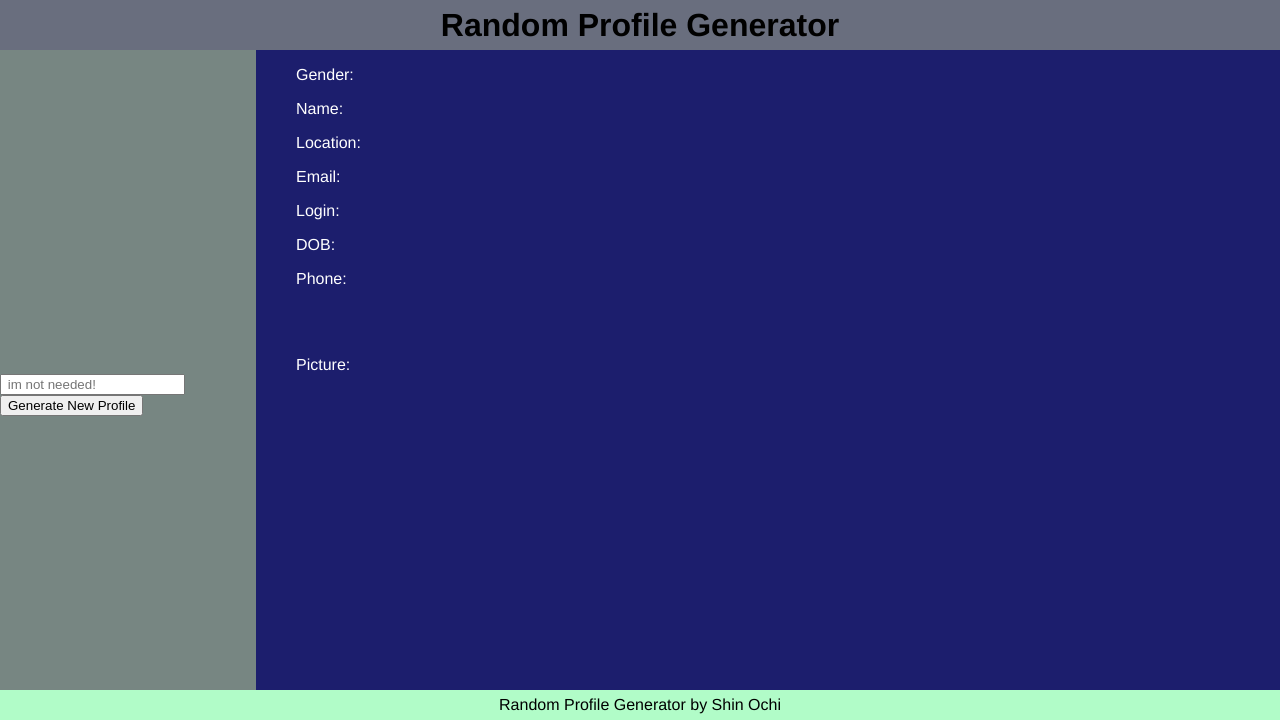
Repository: swaroopu-kr/Web-Application
Page: index.html
An editor plug-in stored every save of this project. The page is shown before and after the next save, followed by the edit.
The browser window is 1280 px wide. The pictures show the whole page.
The page's requests for data from a server got no answer.

Above is the page before, as saved 2021-10-30 12:46:25.

After the next save:
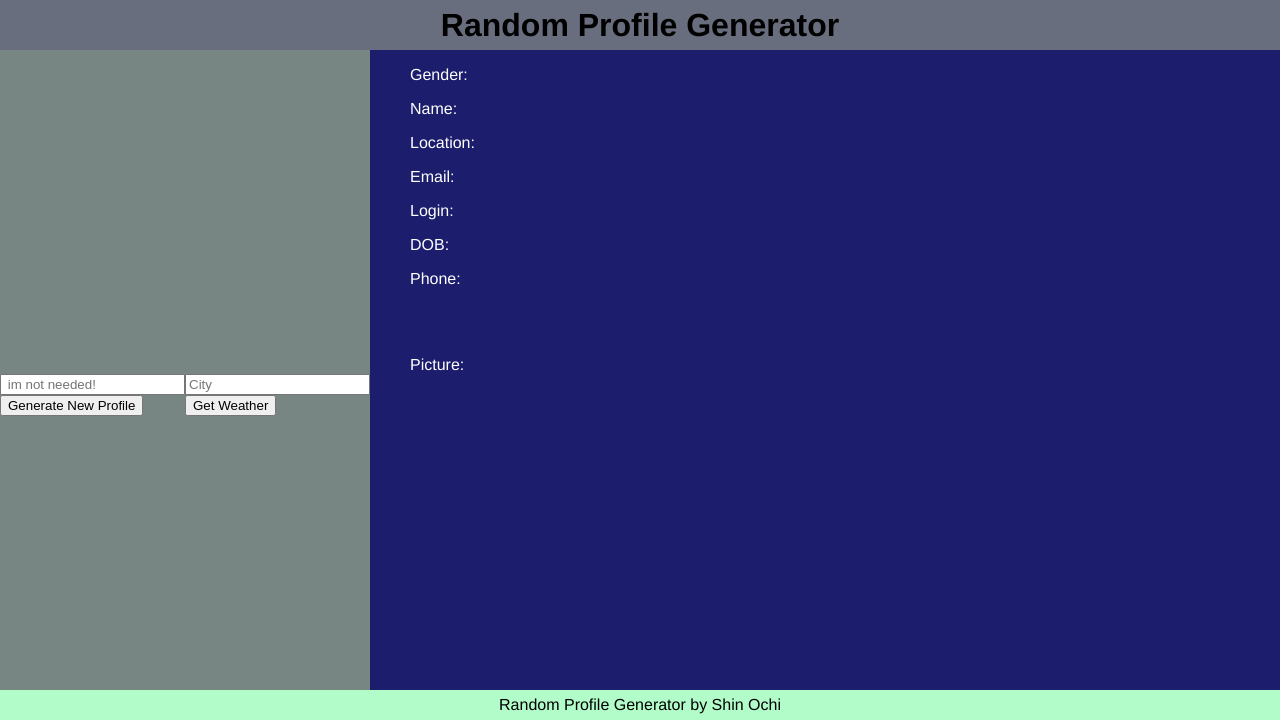
Saved 60 s later.
--- a/index.html
+++ b/index.html
@@ -50,7 +50,11 @@
       <input type="submit" value="Generate New Profile">
       </form>
 
-
+      <form style="margin-top: 50px;">
+        <label>
+          <input type="text" placeholder="City">
+        </label>
+      <input type="submit" value="Get Weather">
 
    </aside>
 
